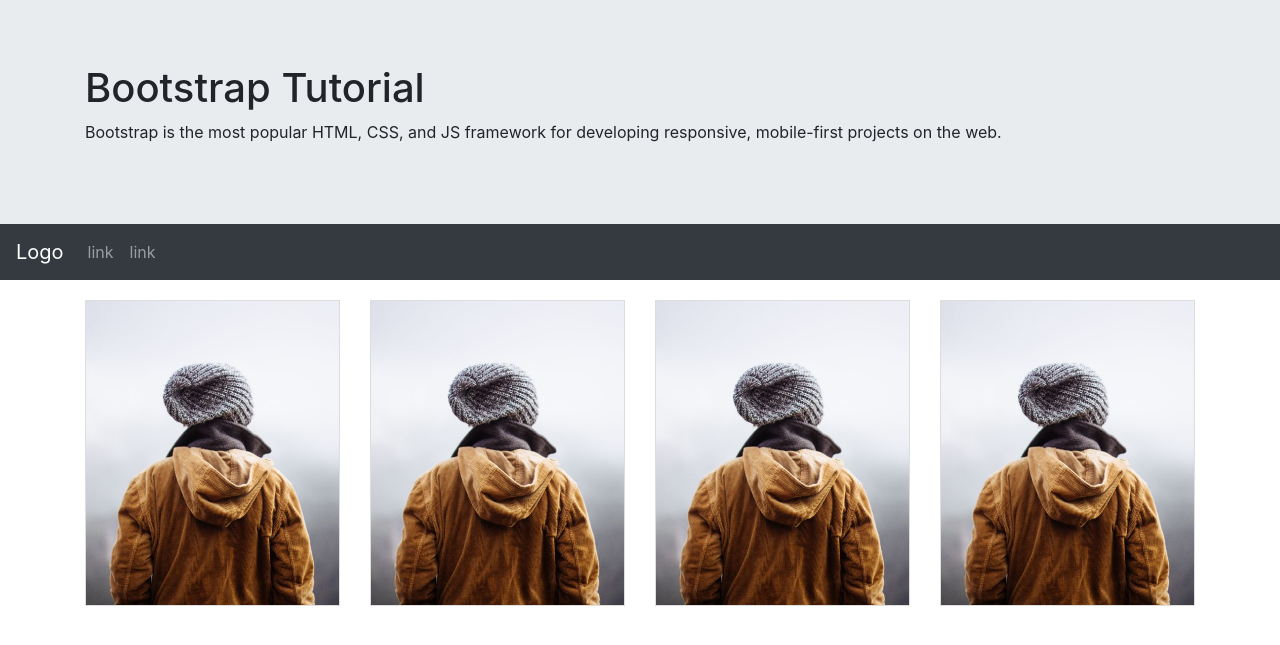
Repository: jwsimhj97/jwork_n
Page: JSPProject/WebContent/03-08/bootexam.html
An editor plug-in stored every save of this project. The page is shown before and after the next save, followed by the edit.
The browser window is 1280 px wide. The pictures show the whole page.

Above is the page before, as saved 2022-03-08 07:05:39.
Console error: SyntaxError: Unexpected token ':'

### JSPProject/WebContent/03-08/bootexam.html
<!DOCTYPE html>
<html lang="en">
<head>
  <title>Bootstrap Example</title>
  <meta charset="utf-8">
  <meta name="viewport" content="width=device-width, initial-scale=1">
  <link rel="stylesheet" href="https://cdn.jsdelivr.net/npm/bootstrap@4.6.1/dist/css/bootstrap.min.css">
  <link rel="stylesheet" href="https://use.fontawesome.com/releases/v5.7.0/css/all.css" integrity="sha384-lZN37f5QGtY3VHgisS14W3ExzMWZxybE1SJSEsQp9S+oqd12jhcu+A56Ebc1zFSJ" crossorigin="anonymous">
  <script src="https://cdn.jsdelivr.net/npm/jquery@3.5.1/dist/jquery.slim.min.js"></script>
  <script src="https://cdn.jsdelivr.net/npm/popper.js@1.16.1/dist/umd/popper.min.js"></script>
  <script src="https://cdn.jsdelivr.net/npm/bootstrap@4.6.1/dist/js/bootstrap.bundle.min.js"></script>
  <style>
  	.jumbotron{margin-bottom:0px !important;}
  	img{width:100%; margin-top:20px; border:1px solid #ddd;}
  	.smNav {-webkit-justify-content: space-between !important; justify-content: space-between !important;}
  	.subNav{-webkit-justify-content: flex-end; justify-content: flex-end;}
  	#subNav{position:sticky; top:56px; z-index:99999px;}

  	/*lg사이즈 보다 작을 때(미만)*/
  	@media screen and (max-width:992px){
  		#lgNav{display:none;}
  		#smNav{visibility:visible;}
  		.jumbotron{display:none;}
  		#subNav{display:none;}
  	}
  	/*lg사이즈 보다 클 때(이상)*/
  	@media screen and (min-width:992px){
  		#lgNav{visibility:visible;}
  		#smNav{display:none;}
  		#subNav{display:none;}
  	}
  </style>
  <script>
  $(document).ready(function(){
	  $("#smIcon").on("click",function(){
		  $("#subNav").toggle():
	  });
  });
  </script>
</head>
<body>

<div class="jumbotron jumbotron-fluid">
  <div class="container">
    <h1>Bootstrap Tutorial</h1>
    <p>Bootstrap is the most popular HTML, CSS, and JS framework for developing responsive, mobile-first projects on the web.</p>
  </div>
</div>

<div id="lgNav" class="sticky-top">
	<nav class="lgNav navbar navbar-expand-sm bg-dark navbar-dark">
	  <a class="navbar-brand" href="#">Logo</a>
	  <ul class="navbar-nav">
	    <li class="nav-item">
	      <a class="nav-link" href="#">link</a>
	    </li>
	    <li class="nav-item">
	      <a class="nav-link" href="#">link</a>
	    </li>
	  </ul>
	</nav>
</div>

<div id="smNav" class="sticky-top">
	<nav class="smNav navbar navbar-expand-sm bg-dark navbar-dark">
	  <a class="navbar-brand" href="#">Logo</a>
	  <ul class="navbar-nav">
	    <li class="nav-item" id="smIcon">
	      <a class="nav-link" href="#"><i class="fas fa-bars"></i></a>
	    </li>
	  </ul>
	</nav>
</div>

<div id="subNav">
	<nav class="subNav navbar bg-dark navbar-dark">
	  <ul class="navbar-nav">
	    <li class="nav-item">
	      <a class="nav-link" href="#">link</a>
	    </li>
	    <li class="nav-item">
	      <a class="nav-link" href="#">link</a>
	    </li>
	  </ul>
	</nav>
</div>


<div class="container">
  <div class="row">
    <div class="col-sm-6 col-md-3"><img src="img/img_girl.jpg"></div>
    <div class="col-sm-6 col-md-3"><img src="img/img_girl.jpg"></div>
    <div class="col-sm-6 col-md-3"><img src="img/img_girl.jpg"></div>
    <div class="col-sm-6 col-md-3"><img src="img/img_girl.jpg"></div>
  </div>
</div>


</body>
</html>

After the next save:
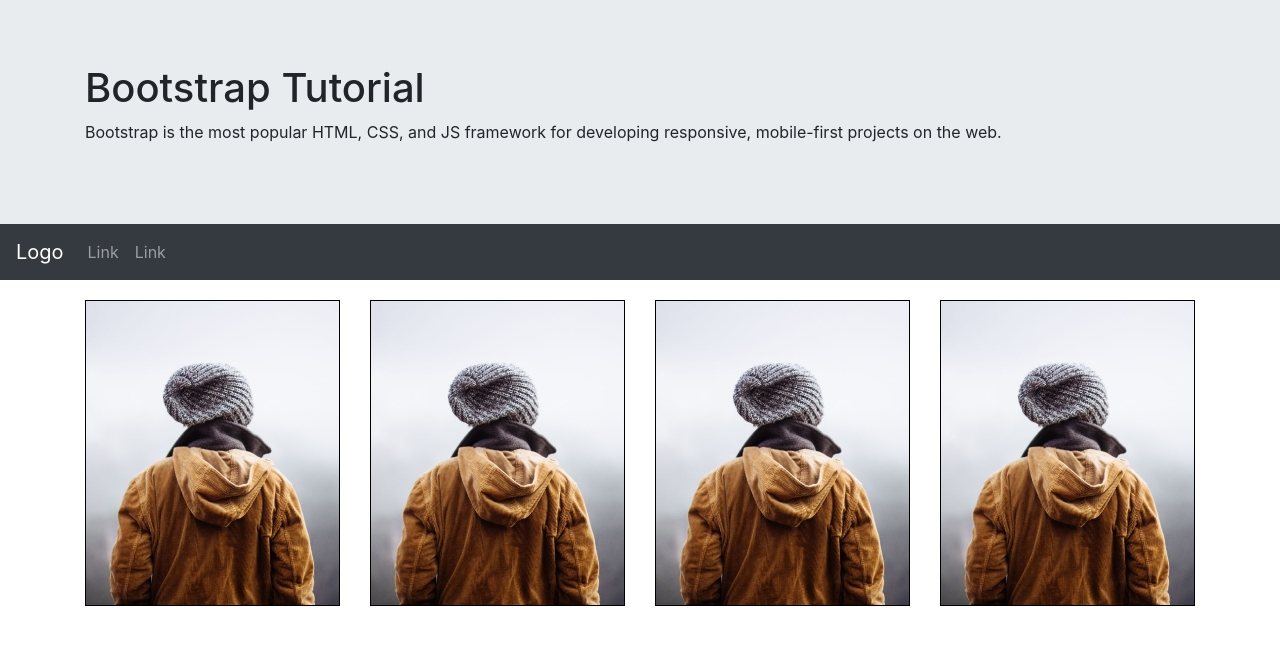
The error is gone.
Saved 76 s later.
--- a/JSPProject/WebContent/03-08/bootexam.html
+++ b/JSPProject/WebContent/03-08/bootexam.html
@@ -1,3 +1,4 @@
+
 <!DOCTYPE html>
 <html lang="en">
 <head>
@@ -10,32 +11,35 @@
   <script src="https://cdn.jsdelivr.net/npm/popper.js@1.16.1/dist/umd/popper.min.js"></script>
   <script src="https://cdn.jsdelivr.net/npm/bootstrap@4.6.1/dist/js/bootstrap.bundle.min.js"></script>
   <style>
-  	.jumbotron{margin-bottom:0px !important;}
-  	img{width:100%; margin-top:20px; border:1px solid #ddd;}
-  	.smNav {-webkit-justify-content: space-between !important; justify-content: space-between !important;}
-  	.subNav{-webkit-justify-content: flex-end; justify-content: flex-end;}
-  	#subNav{position:sticky; top:56px; z-index:99999px;}
+  .jumbotron {margin-bottom : 0px !important;}
+  img {width:100%;margin-top:20px;border:1px solid #000;}
+  .smNav {-webkit-justify-content: space-between !important;justify-content: space-between !important;}
+  .subNav { -webkit-justify-content: flex-end; justify-content: flex-end; }
+  #subNav {position:sticky; top:56px; z-index:99999;}
 
-  	/*lg사이즈 보다 작을 때(미만)*/
-  	@media screen and (max-width:992px){
-  		#lgNav{display:none;}
-  		#smNav{visibility:visible;}
-  		.jumbotron{display:none;}
-  		#subNav{display:none;}
-  	}
-  	/*lg사이즈 보다 클 때(이상)*/
-  	@media screen and (min-width:992px){
-  		#lgNav{visibility:visible;}
-  		#smNav{display:none;}
-  		#subNav{display:none;}
-  	}
+
+/* 작은 메뉴: lg사이즈보다 작을 때(미만) */
+  @media screen and (max-width: 992px){
+  	#lgNav {display:none;}
+  	#smNav {visibility: visible;}
+  	.jumbotron {display:none;}
+  	#subNav {display:none;}
+  }
+
+/* 큰 메뉴: lg사이즈보다 클 때 (이상)*/
+  @media screen and (min-width: 992px){
+  	#lgNav {visibility: visible;}
+  	#smNav {display:none;}
+  	#subNav {display:none !important;}
+  }
   </style>
   <script>
   $(document).ready(function(){
 	  $("#smIcon").on("click",function(){
-		  $("#subNav").toggle():
+		  $("#subNav").toggle();
 	  });
   });
+
   </script>
 </head>
 <body>
@@ -48,18 +52,19 @@
 </div>
 
 <div id="lgNav" class="sticky-top">
-	<nav class="lgNav navbar navbar-expand-sm bg-dark navbar-dark">
+	<nav class="navbar navbar-expand-sm bg-dark navbar-dark">
 	  <a class="navbar-brand" href="#">Logo</a>
 	  <ul class="navbar-nav">
 	    <li class="nav-item">
-	      <a class="nav-link" href="#">link</a>
+	      <a class="nav-link" href="#">Link</a>
 	    </li>
 	    <li class="nav-item">
-	      <a class="nav-link" href="#">link</a>
+	      <a class="nav-link" href="#">Link</a>
 	    </li>
 	  </ul>
 	</nav>
 </div>
+
 
 <div id="smNav" class="sticky-top">
 	<nav class="smNav navbar navbar-expand-sm bg-dark navbar-dark">
@@ -73,28 +78,27 @@
 </div>
 
 <div id="subNav">
-	<nav class="subNav navbar bg-dark navbar-dark">
-	  <ul class="navbar-nav">
-	    <li class="nav-item">
-	      <a class="nav-link" href="#">link</a>
-	    </li>
-	    <li class="nav-item">
-	      <a class="nav-link" href="#">link</a>
-	    </li>
-	  </ul>
-	</nav>
+<nav class="subNav navbar bg-dark navbar-dark">
+	<ul class="navbar-nav">
+	   <li class="nav-item">
+	     <a class="nav-link" href="#">Link</a>
+	   </li>
+	   <li class="nav-item">
+	     <a class="nav-link" href="#">Link</a>
+	   </li>
+	 </ul>
+</nav>
 </div>
 
 
 <div class="container">
-  <div class="row">
-    <div class="col-sm-6 col-md-3"><img src="img/img_girl.jpg"></div>
-    <div class="col-sm-6 col-md-3"><img src="img/img_girl.jpg"></div>
-    <div class="col-sm-6 col-md-3"><img src="img/img_girl.jpg"></div>
-    <div class="col-sm-6 col-md-3"><img src="img/img_girl.jpg"></div>
+   <div class="row">
+    <div class="col-sm-6 col-lg-3"><img src="img/img_girl.jpg"></div>
+    <div class="col-sm-6 col-lg-3"><img src="img/img_girl.jpg"></div>
+    <div class="col-sm-6 col-lg-3"><img src="img/img_girl.jpg"></div>
+    <div class="col-sm-6 col-lg-3"><img src="img/img_girl.jpg"></div>
   </div>
 </div>
 
-
 </body>
 </html>
